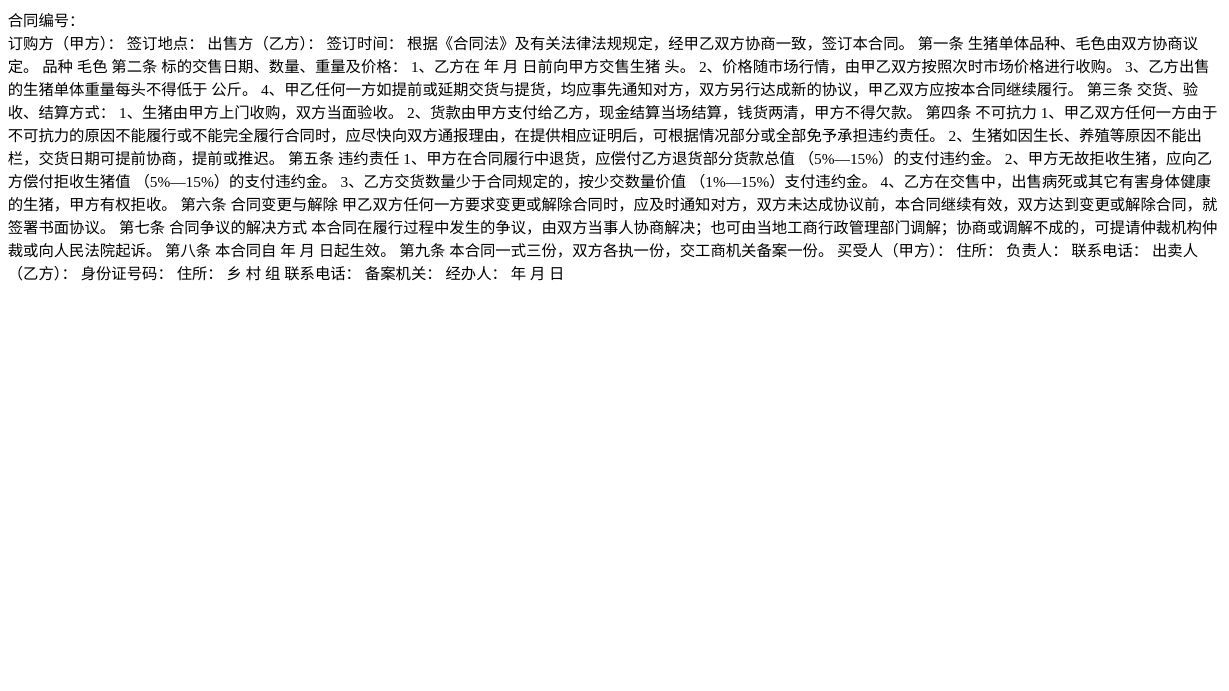
Repository: xnmll/jsp-mysql-mini-system
Page: finally/Member/WebRoot/zhuzhi_contract.html
The author's editor kept a copy of each file at every save. The page is drawn from the files as they stood at one save, then again after the next save.
The browser window is 1280 px wide. The pictures show the whole page, at 96% of full size.

Above is the page before, as saved 2018-05-03 04:35:48.

### finally/Member/WebRoot/zhuzhi_contract.html
<!DOCTYPE html>
<html lang="zh-cn">
<head>
<meta charset="UTF-8">
<title>渭南石羊企业生猪养殖信息系统</title>
<script src="eui/jquery.min.js"></script>
<script src="eui/jquery.easyui.min.js"></script>
<script src="eui/easyui-lang-zh_CN.js"></script>
<link rel="stylesheet" href="eui/themes/icon.css">
<link rel="stylesheet" href="eui/themes/default/easyui.css">
<style type="text/css">
#fm {
	margin: 0;
	padding: 10px 30px;
}

.ftitle {
	font-size: 14px;
	font-weight: bold;
	padding: 5px 0;
	margin-bottom: 10px;
	border-bottom: 1px solid #ccc;
}

.fitem {
	margin-bottom: 5px;
}

.fitem label {
	display: inline-block;
	width: 80px;
}

.fitem input {
	width: 160px;
}
</style>
</head>
<body>
	合同编号：<br>

订购方（甲方）： 签订地点：

出售方（乙方）： 签订时间：

根据《合同法》及有关法律法规规定，经甲乙双方协商一致，签订本合同。

第一条 生猪单体品种、毛色由双方协商议定。

品种

毛色

第二条 标的交售日期、数量、重量及价格：

1、乙方在 年 月 日前向甲方交售生猪 头。

2、价格随市场行情，由甲乙双方按照次时市场价格进行收购。

3、乙方出售的生猪单体重量每头不得低于 公斤。

4、甲乙任何一方如提前或延期交货与提货，均应事先通知对方，双方另行达成新的协议，甲乙双方应按本合同继续履行。

第三条 交货、验收、结算方式：

1、生猪由甲方上门收购，双方当面验收。

2、货款由甲方支付给乙方，现金结算当场结算，钱货两清，甲方不得欠款。

第四条 不可抗力

1、甲乙双方任何一方由于不可抗力的原因不能履行或不能完全履行合同时，应尽快向双方通报理由，在提供相应证明后，可根据情况部分或全部免予承担违约责任。

2、生猪如因生长、养殖等原因不能出栏，交货日期可提前协商，提前或推迟。

第五条 违约责任

1、甲方在合同履行中退货，应偿付乙方退货部分货款总值 （5%—15%）的支付违约金。

2、甲方无故拒收生猪，应向乙方偿付拒收生猪值 （5%—15%）的支付违约金。

3、乙方交货数量少于合同规定的，按少交数量价值 （1%—15%）支付违约金。

4、乙方在交售中，出售病死或其它有害身体健康的生猪，甲方有权拒收。

第六条 合同变更与解除

甲乙双方任何一方要求变更或解除合同时，应及时通知对方，双方未达成协议前，本合同继续有效，双方达到变更或解除合同，就签署书面协议。

第七条 合同争议的解决方式

本合同在履行过程中发生的争议，由双方当事人协商解决；也可由当地工商行政管理部门调解；协商或调解不成的，可提请仲裁机构仲裁或向人民法院起诉。

第八条 本合同自 年 月 日起生效。

第九条 本合同一式三份，双方各执一份，交工商机关备案一份。

买受人（甲方）：

住所：

负责人：

联系电话：

出卖人（乙方）：

身份证号码：

住所： 乡 村

组

联系电话：

备案机关：

经办人：

年 月 日
</body>
</html>

### finally/Member/WebRoot/eui/themes/icon.css
.icon-blank{
	background:url('icons/blank.gif') no-repeat center center;
}
.icon-add{
	background:url('icons/edit_add.png') no-repeat center center;
}
.icon-edit{
	background:url('icons/pencil.png') no-repeat center center;
}
.icon-clear{
	background:url('icons/clear.png') no-repeat center center;
}
.icon-remove{
	background:url('icons/edit_remove.png') no-repeat center center;
}
.icon-save{
	background:url('icons/filesave.png') no-repeat center center;
}
.icon-cut{
	background:url('icons/cut.png') no-repeat center center;
}
.icon-ok{
	background:url('icons/ok.png') no-repeat center center;
}
.icon-no{
	background:url('icons/no.png') no-repeat center center;
}
.icon-cancel{
	background:url('icons/cancel.png') no-repeat center center;
}
.icon-reload{
	background:url('icons/reload.png') no-repeat center center;
}
.icon-search{
	background:url('icons/search.png') no-repeat center center;
}
.icon-print{
	background:url('icons/print.png') no-repeat center center;
}
.icon-help{
	background:url('icons/help.png') no-repeat center center;
}
.icon-undo{
	background:url('icons/undo.png') no-repeat center center;
}
.icon-redo{
	background:url('icons/redo.png') no-repeat center center;
}
.icon-back{
	background:url('icons/back.png') no-repeat center center;
}
.icon-sum{
	background:url('icons/sum.png') no-repeat center center;
}
.icon-tip{
	background:url('icons/tip.png') no-repeat center center;
}
.icon-filter{
	background:url('icons/filter.png') no-repeat center center;
}
.icon-man{
	background:url('icons/man.png') no-repeat center center;
}
.icon-lock{
	background:url('icons/lock.png') no-repeat center center;
}
.icon-more{
	background:url('icons/more.png') no-repeat center center;
}


.icon-mini-add{
	background:url('icons/mini_add.png') no-repeat center center;
}
.icon-mini-edit{
	background:url('icons/mini_edit.png') no-repeat center center;
}
.icon-mini-refresh{
	background:url('icons/mini_refresh.png') no-repeat center center;
}

.icon-large-picture{
	background:url('icons/large_picture.png') no-repeat center center;
}
.icon-large-clipart{
	background:url('icons/large_clipart.png') no-repeat center center;
}
.icon-large-shapes{
	background:url('icons/large_shapes.png') no-repeat center center;
}
.icon-large-smartart{
	background:url('icons/large_smartart.png') no-repeat center center;
}
.icon-large-chart{
	background:url('icons/large_chart.png') no-repeat center center;
}

Loaded but not shown: finally/Member/WebRoot/eui/jquery.min.js (library); finally/Member/WebRoot/eui/jquery.easyui.min.js (library); finally/Member/WebRoot/eui/easyui-lang-zh_CN.js (70 lines, source omitted); finally/Member/WebRoot/eui/themes/default/easyui.css (2869 lines, source omitted)

After the next save:
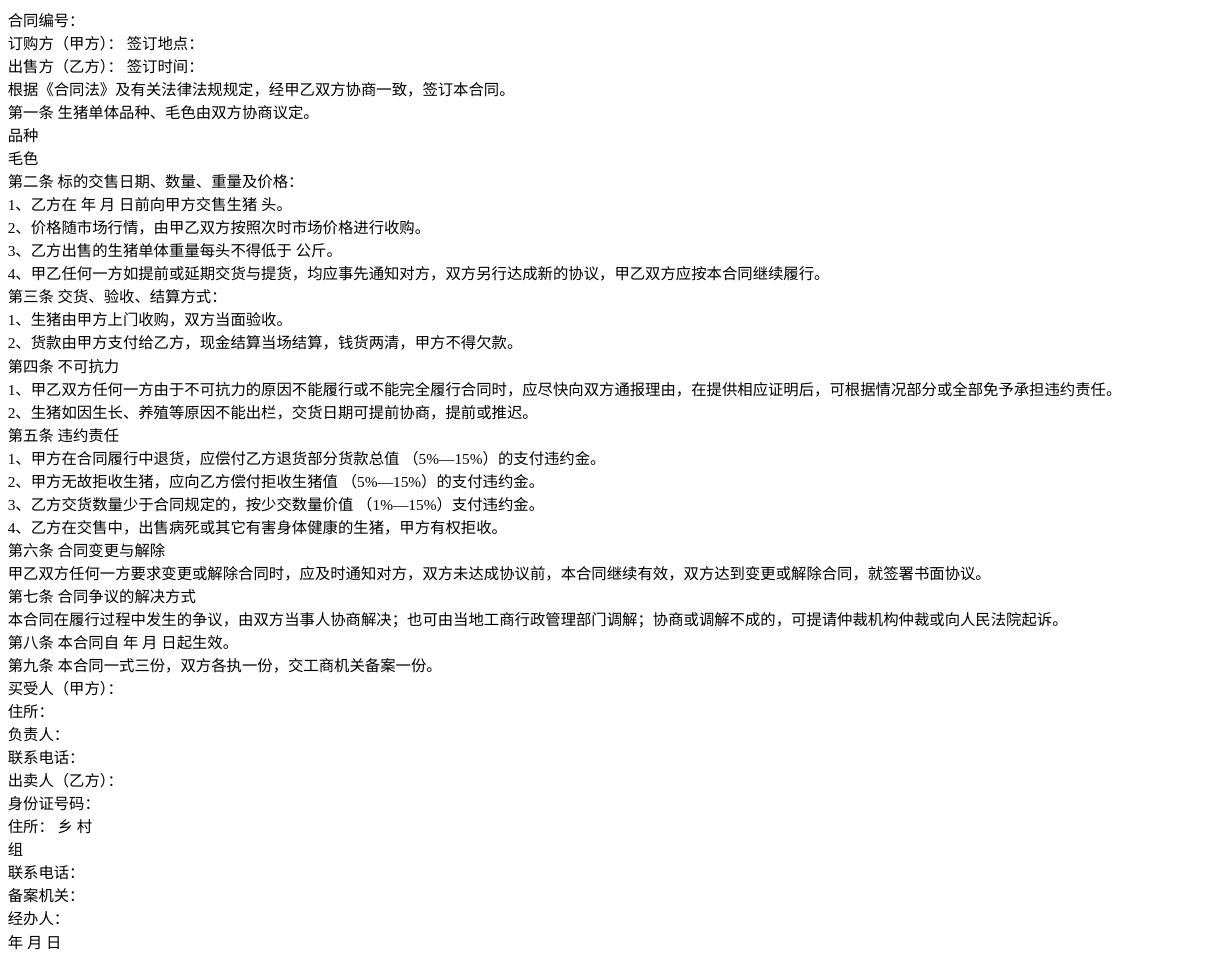
Saved 42 s later.
--- a/finally/Member/WebRoot/zhuzhi_contract.html
+++ b/finally/Member/WebRoot/zhuzhi_contract.html
@@ -39,84 +39,84 @@
 <body>
 	合同编号：<br>
 
-订购方（甲方）： 签订地点：
+订购方（甲方）： 签订地点：<br>
 
-出售方（乙方）： 签订时间：
+出售方（乙方）： 签订时间：<br>
 
-根据《合同法》及有关法律法规规定，经甲乙双方协商一致，签订本合同。
+根据《合同法》及有关法律法规规定，经甲乙双方协商一致，签订本合同。<br>
 
-第一条 生猪单体品种、毛色由双方协商议定。
+第一条 生猪单体品种、毛色由双方协商议定。<br>
 
-品种
+品种<br>
 
-毛色
+毛色<br>
 
-第二条 标的交售日期、数量、重量及价格：
+第二条 标的交售日期、数量、重量及价格：<br>
 
-1、乙方在 年 月 日前向甲方交售生猪 头。
+1、乙方在 年 月 日前向甲方交售生猪 头。<br>
 
-2、价格随市场行情，由甲乙双方按照次时市场价格进行收购。
+2、价格随市场行情，由甲乙双方按照次时市场价格进行收购。<br>
 
 3、乙方出售的生猪单体重量每头不得低于 公斤。
-
-4、甲乙任何一方如提前或延期交货与提货，均应事先通知对方，双方另行达成新的协议，甲乙双方应按本合同继续履行。
+<br>
+4、甲乙任何一方如提前或延期交货与提货，均应事先通知对方，双方另行达成新的协议，甲乙双方应按本合同继续履行。<br>
 
 第三条 交货、验收、结算方式：
+<br>
+1、生猪由甲方上门收购，双方当面验收。<br>
 
-1、生猪由甲方上门收购，双方当面验收。
+2、货款由甲方支付给乙方，现金结算当场结算，钱货两清，甲方不得欠款。<br>
 
-2、货款由甲方支付给乙方，现金结算当场结算，钱货两清，甲方不得欠款。
+第四条 不可抗力<br>
 
-第四条 不可抗力
+1、甲乙双方任何一方由于不可抗力的原因不能履行或不能完全履行合同时，应尽快向双方通报理由，在提供相应证明后，可根据情况部分或全部免予承担违约责任。<br>
 
-1、甲乙双方任何一方由于不可抗力的原因不能履行或不能完全履行合同时，应尽快向双方通报理由，在提供相应证明后，可根据情况部分或全部免予承担违约责任。
+2、生猪如因生长、养殖等原因不能出栏，交货日期可提前协商，提前或推迟。<br>
 
-2、生猪如因生长、养殖等原因不能出栏，交货日期可提前协商，提前或推迟。
+第五条 违约责任<br>
 
-第五条 违约责任
+1、甲方在合同履行中退货，应偿付乙方退货部分货款总值 （5%—15%）的支付违约金。<br>
 
-1、甲方在合同履行中退货，应偿付乙方退货部分货款总值 （5%—15%）的支付违约金。
+2、甲方无故拒收生猪，应向乙方偿付拒收生猪值 （5%—15%）的支付违约金。<br>
 
-2、甲方无故拒收生猪，应向乙方偿付拒收生猪值 （5%—15%）的支付违约金。
+3、乙方交货数量少于合同规定的，按少交数量价值 （1%—15%）支付违约金。<br>
 
-3、乙方交货数量少于合同规定的，按少交数量价值 （1%—15%）支付违约金。
+4、乙方在交售中，出售病死或其它有害身体健康的生猪，甲方有权拒收。<br>
 
-4、乙方在交售中，出售病死或其它有害身体健康的生猪，甲方有权拒收。
+第六条 合同变更与解除<br>
 
-第六条 合同变更与解除
+甲乙双方任何一方要求变更或解除合同时，应及时通知对方，双方未达成协议前，本合同继续有效，双方达到变更或解除合同，就签署书面协议。<br>
 
-甲乙双方任何一方要求变更或解除合同时，应及时通知对方，双方未达成协议前，本合同继续有效，双方达到变更或解除合同，就签署书面协议。
+第七条 合同争议的解决方式<br>
 
-第七条 合同争议的解决方式
+本合同在履行过程中发生的争议，由双方当事人协商解决；也可由当地工商行政管理部门调解；协商或调解不成的，可提请仲裁机构仲裁或向人民法院起诉。<br>
 
-本合同在履行过程中发生的争议，由双方当事人协商解决；也可由当地工商行政管理部门调解；协商或调解不成的，可提请仲裁机构仲裁或向人民法院起诉。
+第八条 本合同自 年 月 日起生效。<br>
 
-第八条 本合同自 年 月 日起生效。
+第九条 本合同一式三份，双方各执一份，交工商机关备案一份。<br>
 
-第九条 本合同一式三份，双方各执一份，交工商机关备案一份。
+买受人（甲方）：<br>
 
-买受人（甲方）：
+住所：<br>
 
-住所：
+负责人：<br>
 
-负责人：
+联系电话：<br>
 
-联系电话：
+出卖人（乙方）：<br>
 
-出卖人（乙方）：
+身份证号码：<br>
 
-身份证号码：
+住所： 乡 村<br>
 
-住所： 乡 村
+组<br>
 
-组
+联系电话：<br>
 
-联系电话：
+备案机关：<br>
 
-备案机关：
+经办人：<br>
 
-经办人：
-
-年 月 日
+年 月 日<br>
 </body>
 </html>
